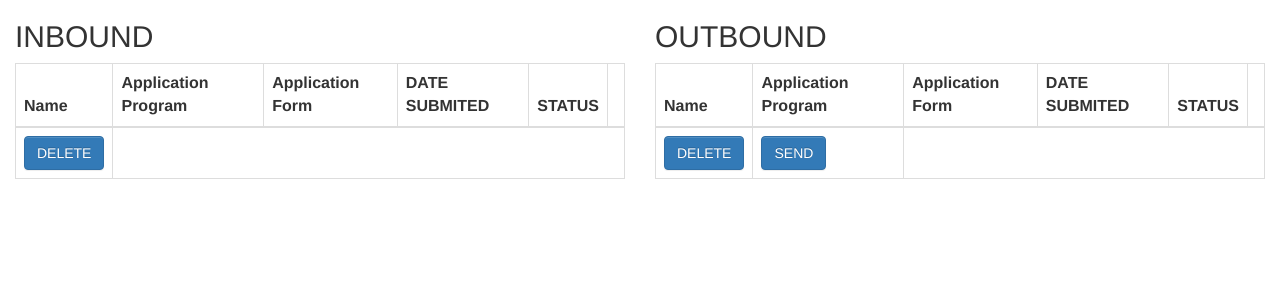
Repository: eunminhansoo/Oirp
Page: http://localhost/administrator.php
The author's editor kept a copy of each file at every save. The page is drawn from the files as they stood at one save, then again after the next save.
The browser window is 1280 px wide. The pictures show the whole page.
The page is run by PHP 8.4 with error messages shown; the project is at /var/www/html/. Queries for data that is not in the repository find no rows.

Above is the page before, as saved 2018-03-26 07:44:04.
Console error (its wording comes from the project's code and is left out).

After the next save:
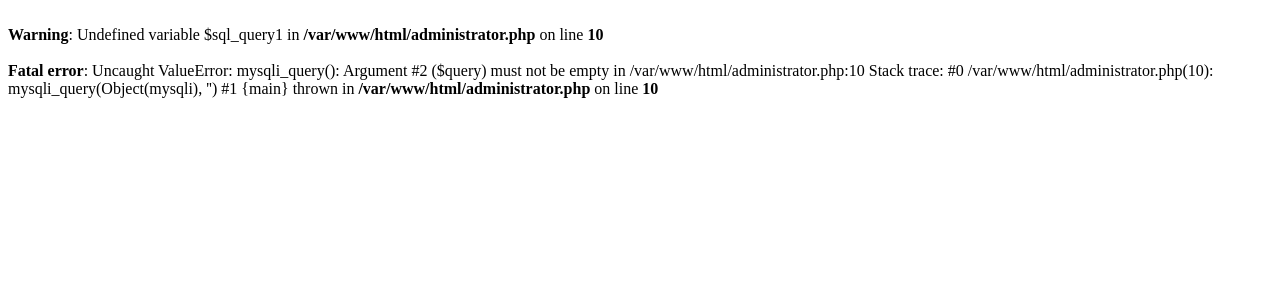
The error is gone.
Saved 60 min 58 s later.
--- a/OIRP_WEB/administrator.php
+++ b/OIRP_WEB/administrator.php
@@ -4,7 +4,9 @@
     $sql_query = "SELECT * FROM admin_student_data a INNER JOIN student b ON a.STUDENT_ID = b.STUDENT_ID INNER JOIN educ_background_inbound c ON b.STUDENT_ID = c.STUDENT_ID";
     $query = mysqli_query($conn, $sql_query);
 
-    $sql_query1 = "SELECT * FROM student INNER JOIN proposed_field_study ON student.STUDENT_ID = proposed_field_study.STUDENT_ID";
+    //$sql_query1 = "SELECT * FROM student INNER JOIN proposed_field_study ON student.STUDENT_ID = proposed_field_study.STUDENT_ID";
+
+    $sql_query_in = "SELECT * FROM admin_student_data a INNER JOIN student b ON a.STUDENT_ID = b.STUDENT_ID INNER JOIN proposed_field_study c ON b.STUDENT_ID = c.STUDENT_ID";
     $query1 = mysqli_query($conn, $sql_query1);
 
     if(isset($_POST['delete_inbound'])){
@@ -17,6 +19,7 @@
     		 echo "<meta http-equiv=\"refresh\" content=\"0;URL=administrator.php\">";
     	}
     }
+
 ?>
 <html>
     <head>

After the save that followed:
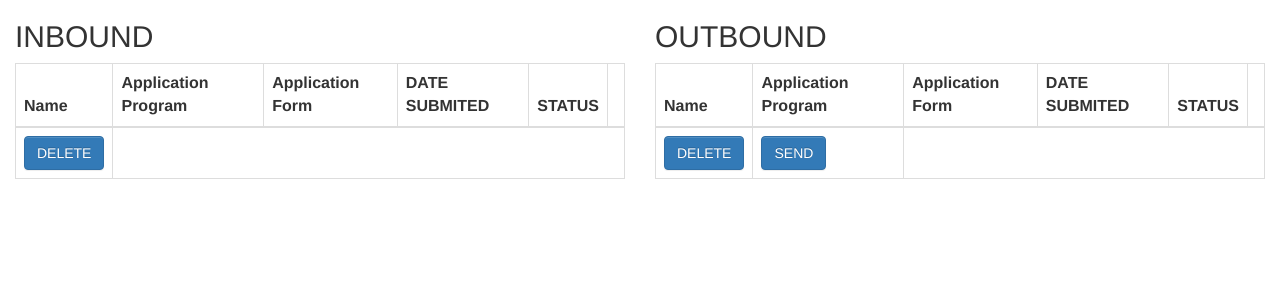
Console error (its wording comes from the project's code and is left out).
Saved 16 s later.
--- a/OIRP_WEB/administrator.php
+++ b/OIRP_WEB/administrator.php
@@ -7,7 +7,7 @@
     //$sql_query1 = "SELECT * FROM student INNER JOIN proposed_field_study ON student.STUDENT_ID = proposed_field_study.STUDENT_ID";
 
     $sql_query_in = "SELECT * FROM admin_student_data a INNER JOIN student b ON a.STUDENT_ID = b.STUDENT_ID INNER JOIN proposed_field_study c ON b.STUDENT_ID = c.STUDENT_ID";
-    $query1 = mysqli_query($conn, $sql_query1);
+    $query1 = mysqli_query($conn, $sql_query_in);
 
     if(isset($_POST['delete_inbound'])){
     	$checkbox = $_POST['cb_single'];
